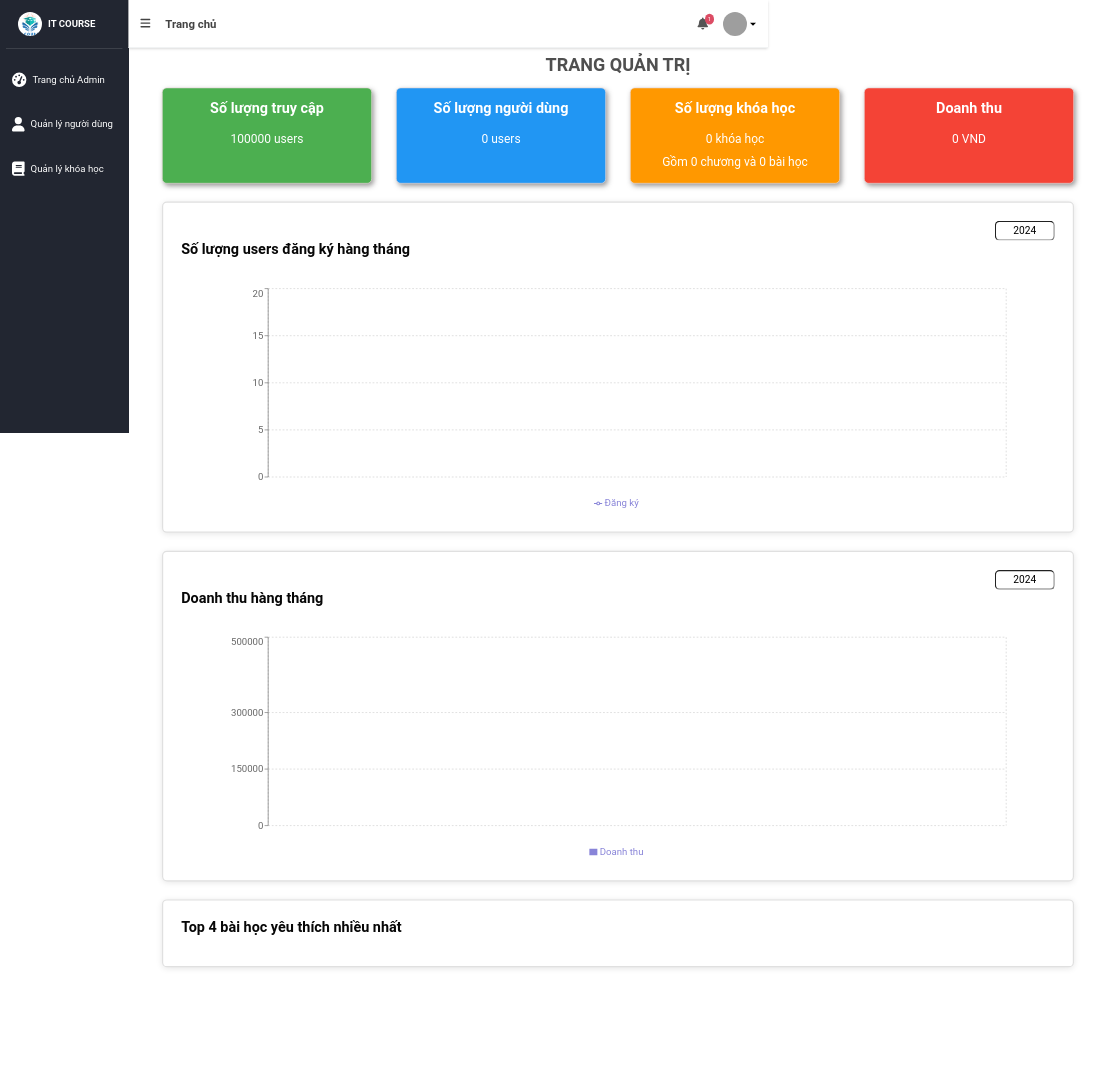
Repository: dungnm3107/CourseReactFE
Page: /admin
These files come from the project's save history. The page is drawn as it stood at one moment and after the next save; the edit follows.
The browser window is 1280 px wide. The page is 1840 px wide, so the pictures cover 1840 px, including what lies to the right of the window. The pictures show the whole page, at 60% of full size.
Pictures or frames that could not be fetched are drawn as grey boxes. The page's requests for data from a server got no answer. Some web libraries are served in a nearby version. The project was rebuilt for these pictures with package versions that can differ from the ones it lists, and the page was loaded fresh each time. No one was signed in, and anything a server would have sent is missing. Also part of the build but not shown: vite.config.ts, src/assets/css/course.css, src/components/slide/AdvertBanner.tsx, src/components/course/CardItemFree.tsx, src/components/course/CardList.tsx, src/components/course/CardItem.tsx, src/components/course/CardListPro.tsx, src/components/course/CardListVideo.tsx and 36 more.

Above is the page before, as saved 2024-11-07 23:14:20.

After the next save:
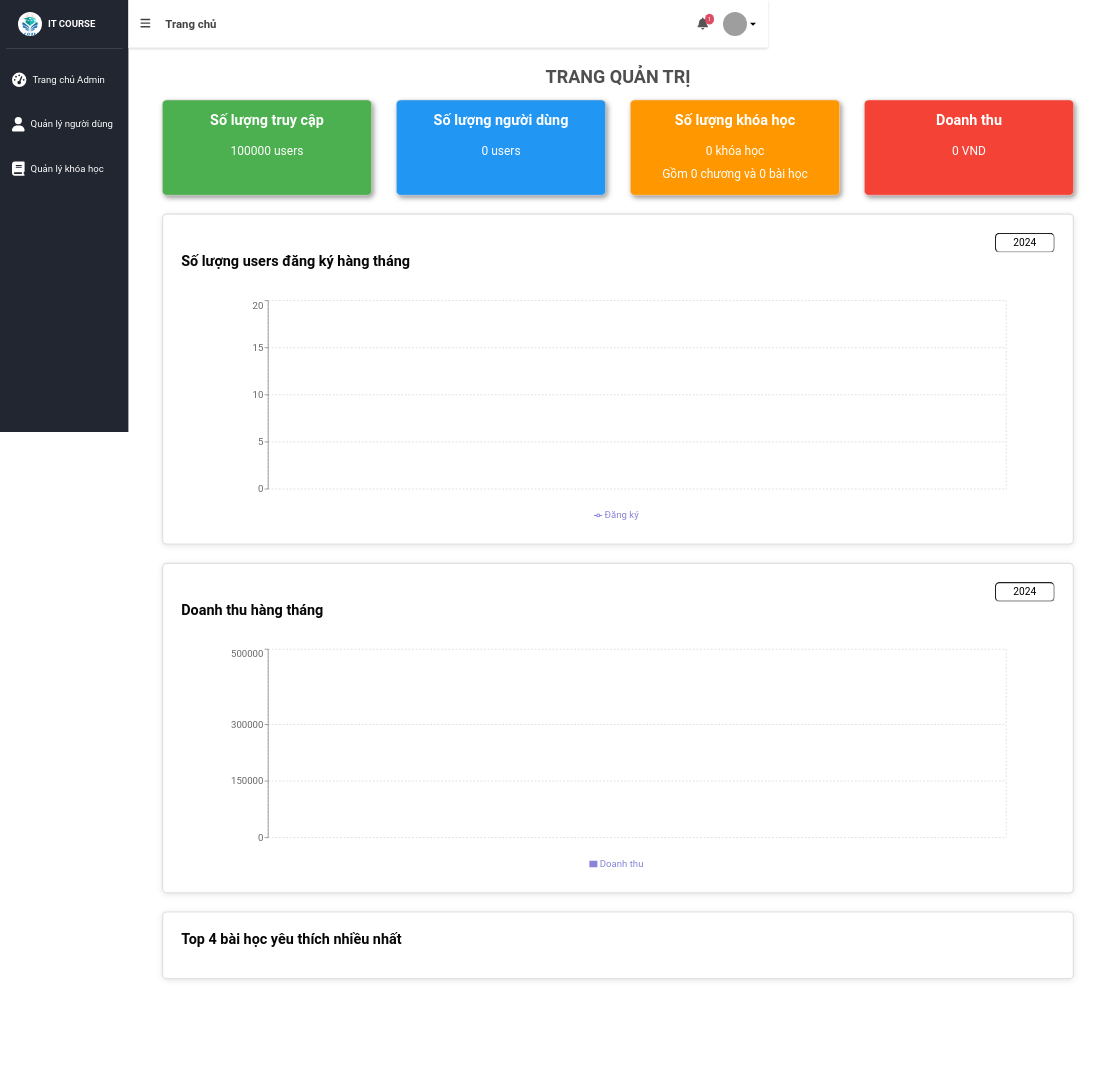
Saved 13 s later.
--- a/src/assets/css/dashboard.css
+++ b/src/assets/css/dashboard.css
@@ -1,5 +1,5 @@
 .content h1 {
-  margin-top: 10px;
+  margin-top: 30px;
   font-size: 30px;
   margin-left:20px;
   text-align: center;

After the save that followed:
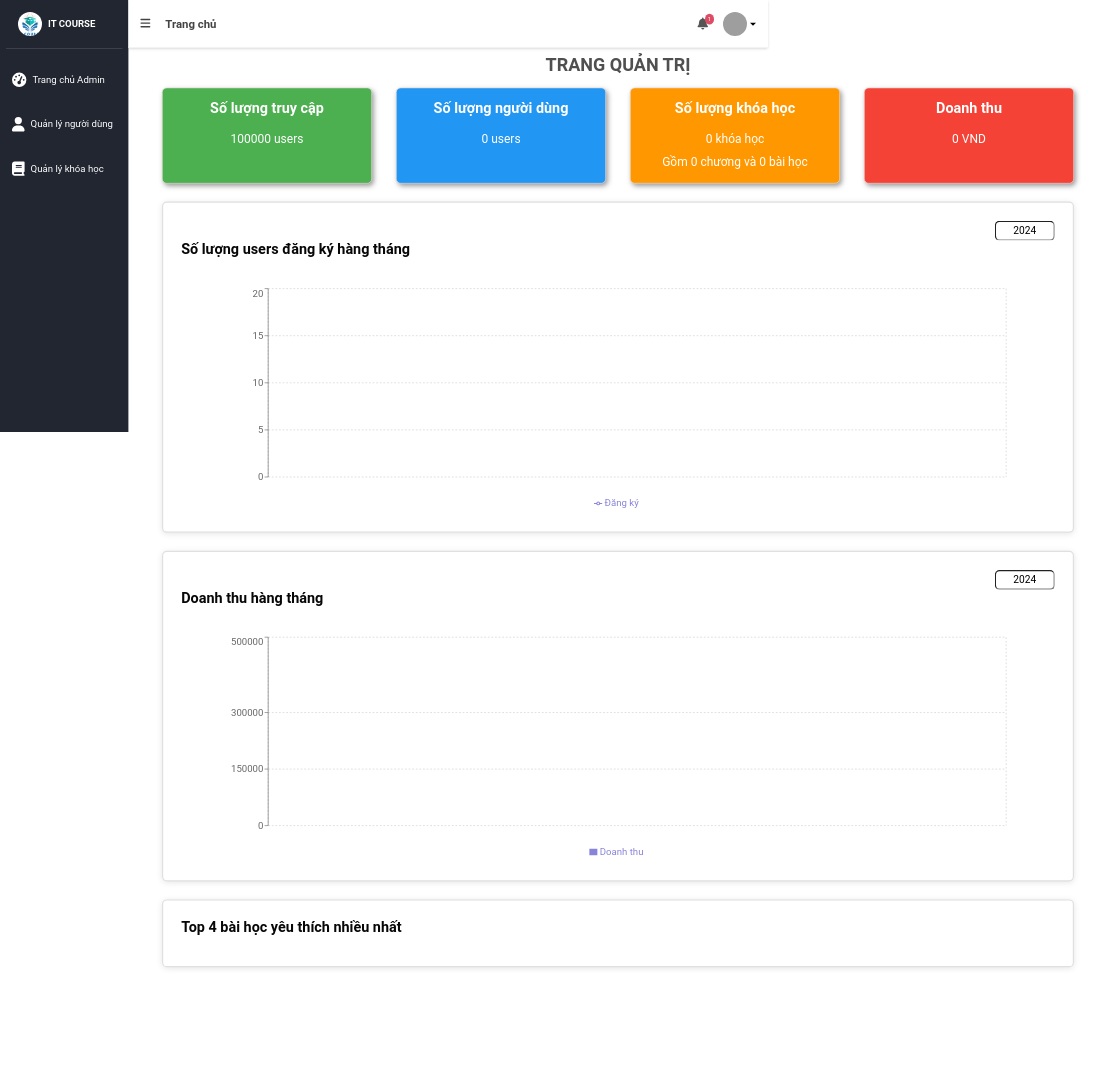
Saved 7 s later.
--- a/src/assets/css/dashboard.css
+++ b/src/assets/css/dashboard.css
@@ -1,5 +1,5 @@
 .content h1 {
-  margin-top: 30px;
+  margin-top: 10px;
   font-size: 30px;
   margin-left:20px;
   text-align: center;
